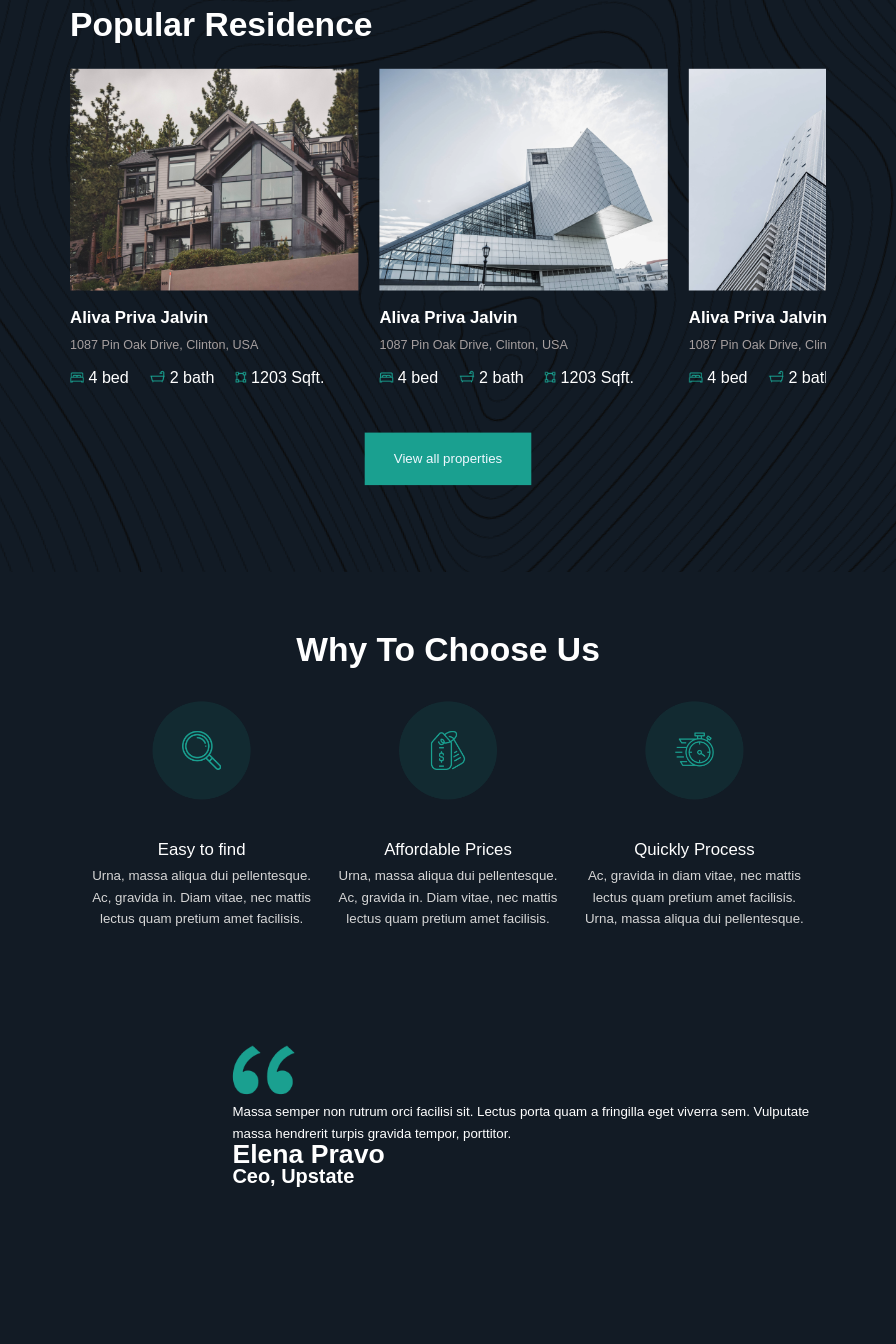
Repository: tung1233hhhhhhhhhhhhh/WebClone-Home
Page: index.html
The author's editor kept a copy of each file at every save. The page is drawn from the files as they stood at one save, then again after the next save.
The browser window is 1280 px wide. The pictures show the part of the page from y = 1250 to 3170 px (the page is 3170 px tall), at 70% of full size.

Above is the page before, as saved 2023-05-23 23:07:31.

### index.html
<!DOCTYPE html>
<html lang="en">

<head>
    <meta charset="UTF-8">
    <meta http-equiv="X-UA-Compatible" content="IE=edge">
    <meta name="viewport" content="width=device-width, initial-scale=1.0">
    <title>Document</title>
    <link rel="stylesheet" href="./assets/css/main.css">
    <link rel="stylesheet" href="./assets/css/root.css">
    <link rel="stylesheet" href="./assets/fonts/themify-icons/themify-icons.css">
</head>

<body>
    <div id="hearder">
        <div class="nav">
            <div class="nav-brand">
                <img src="./assets/img/logo.png" alt="">
            </div>
            <ul class="nav-list">
                <li><a href="">Home</a></li>
                <li><a href="">About Us</a></li>
                <li><a href="">Buying</a></li>
                <li><a href="">Renting</a> </li>
                <li><a href="">Selling</a> </li>
                <li><a href="">Contant Us</a> </li>
                <li><a href="">Pages
                        <i class="ti-angle-down"></i>
                    </a> </li>
                <li><button class="nav-btn-login">Login</button></li>
                <li><button class="nav-btn-signup">Sign Up</button></li>
            </ul>
        </div>
    </div>

    <!--billboard  -->

    <div id="billboard">
        <div class="container">
            <div class="main">
                <div class="billboard-text">
                    <h1>Perfect Way To Buy And Sell A Home</h1>
                    <p>Diam vitae, nec mattis lectus quam pretium amet facilisis. Urna, massa aliqua dui pellentesque.
                        Ac, gravida in eget non amet eget purus non.</p>
                    <div class="navbar-billboard">
                        <div class="container-billboard">

                            <div class="billboard-select">
                                <select name="" id="" class="form-select">
                                    <option value="">Purpose</option>
                                    <option value="">Buy</option>
                                    <option value="">Action</option>
                                    <option value="">Something else here</option>
                                </select>
                            </div>
                            <div class="billboard-select">
                                <select name="" id="" class="form-select">
                                    <option value="">Location</option>
                                    <option value="">Action</option>
                                    <option value="">Another action</option>
                                    <option value="">Something else here</option>
                                </select>
                            </div>
                            <div class="billboard-select">
                                <select name="" id="" class="form-select">
                                    <option value="">Action</option>
                                    <option value="">Another action</option>
                                    <option value="">Something else here</option>
                                    <option value="">Type</option>
                                </select>
                            </div>
                            <div class="billboard-btn">
                                <button class="btn-select">Search</button>
                            </div>
                        </div>
                    </div>
                </div>

                <div class="billboard-img"></div>

            </div>
        </div>
    </div>

    <!-- feature -->

    <div id="feature">
        <div class="container">
            <div class="feature-row">
                <h2>Featured In</h2>
            </div>
            <div class="feature-row row-logo">
                <div class="feature-logo">
                    <img src="./assets/img/logo1.png" alt="">
                </div>
                <div class="feature-logo">
                    <img src="./assets/img/logo2.png" alt="">
                </div>
                <div class="feature-logo">
                    <img src="./assets/img/logo3.png" alt="">
                </div>
                <div class="feature-logo">
                    <img src="./assets/img/logo4.png" alt="">
                </div>
                <div class="feature-logo">
                    <img src="./assets/img/logo6.png" alt="">
                </div>
            </div>
        </div>
    </div>

    <!-- residence -->

    <div id="residence">
        <div class="container">
            <h2 class="text-residence">Popular Residence</h2>
            <div class="btn-next"></div>
            <div class="btn-prev"></div>
            <div class="residence-content">
                <div class="wrapper-residence">
                    <div class="box-slide">
                        <div class="card">
                            <img src="./assets/img/katie-musial-Zf5zT1torbg-unsplash.png" alt="">
                            <div class="card-text">
                                <h5>Aliva Priva Jalvin</h5>
                                <p>1087 Pin Oak Drive, Clinton, USA</p>
                                <div class="card-logo">
                                    <ul>
                                        <li class="logo-list">
                                            <img src="./assets/img/bed.png" alt="">
                                            4 bed
                                        </li>
                                        <li class="logo-list">
                                            <img src="./assets/img/bath.png" alt="">
                                            2 bath
                                        </li>
                                        <li class="logo-list">
                                            <img src="./assets/img/square.png" alt="">
                                            1203 Sqft.
                                        </li>
                                    </ul>
                                </div>
                            </div>

                        </div>
                    </div>

                    <div class="box-slide">
                        <div class="card">
                            <img src="./assets/img/lance-anderson-QdAAasrZhdk-unsplash.png" alt="">
                            <div class="card-text">
                                <h5>Aliva Priva Jalvin</h5>
                                <p>1087 Pin Oak Drive, Clinton, USA</p>
                                <div class="card-logo">
                                    <ul>
                                        <li class="logo-list">
                                            <img src="./assets/img/bed.png" alt="">
                                            4 bed
                                        </li>
                                        <li class="logo-list">
                                            <img src="./assets/img/bath.png" alt="">
                                            2 bath
                                        </li>
                                        <li class="logo-list">
                                            <img src="./assets/img/square.png" alt="">
                                            1203 Sqft.
                                        </li>
                                    </ul>
                                </div>
                            </div>
                        </div>
                    </div>

                    <div class="box-slide">
                        <div class="card">
                            <img src="./assets/img/pexels-scott-webb-532569.png" alt="">
                            <div class="card-text">
                                <h5>Aliva Priva Jalvin</h5>
                                <p>1087 Pin Oak Drive, Clinton, USA</p>
                                <div class="card-logo">
                                    <ul>
                                        <li class="logo-list">
                                            <img src="./assets/img/bed.png" alt="">
                                            4 bed
                                        </li>
                                        <li class="logo-list">
                                            <img src="./assets/img/bath.png" alt="">
                                            2 bath
                                        </li>
                                        <li class="logo-list">
                                            <img src="./assets/img/square.png" alt="">
                                            1203 Sqft.
                                        </li>
                                    </ul>
                                </div>
                            </div>
                        </div>
                    </div>

                    <div class="box-slide">
                        <div class="card">
                            <img src="./assets/img/katie-musial-Zf5zT1torbg-unsplash.png" alt="">
                            <div class="card-text">
                                <h5>Aliva Priva Jalvin</h5>
                                <p>1087 Pin Oak Drive, Clinton, USA</p>
                                <div class="card-logo">
                                    <ul>
                                        <li class="logo-list">
                                            <img src="./assets/img/bed.png" alt="">
                                            4 bed
                                        </li>
                                        <li class="logo-list">
                                            <img src="./assets/img/bath.png" alt="">
                                            2 bath
                                        </li>
                                        <li class="logo-list">
                                            <img src="./assets/img/square.png" alt="">
                                            1203 Sqft.
                                        </li>
                                    </ul>
                                </div>
                            </div>

                        </div>
                    </div>

                    <div class="box-slide">
                        <div class="card">
                            <img src="./assets/img/lance-anderson-QdAAasrZhdk-unsplash.png" alt="">
                            <div class="card-text">
                                <h5>Aliva Priva Jalvin</h5>
                                <p>1087 Pin Oak Drive, Clinton, USA</p>
                                <div class="card-logo">
                                    <ul>
                                        <li class="logo-list">
                                            <img src="./assets/img/bed.png" alt="">
                                            4 bed
                                        </li>
                                        <li class="logo-list">
                                            <img src="./assets/img/bath.png" alt="">
                                            2 bath
                                        </li>
                                        <li class="logo-list">
                                            <img src="./assets/img/square.png" alt="">
                                            1203 Sqft.
                                        </li>
                                    </ul>
                                </div>
                            </div>
                        </div>
                    </div>

                    <div class="box-slide">
                        <div class="card">
                            <img src="./assets/img/pexels-scott-webb-532569.png" alt="">
                            <div class="card-text">
                                <h5>Aliva Priva Jalvin</h5>
                                <p>1087 Pin Oak Drive, Clinton, USA</p>
                                <div class="card-logo">
                                    <ul>
                                        <li class="logo-list">
                                            <img src="./assets/img/bed.png" alt="">
                                            4 bed
                                        </li>
                                        <li class="logo-list">
                                            <img src="./assets/img/bath.png" alt="">
                                            2 bath
                                        </li>
                                        <li class="logo-list">
                                            <img src="./assets/img/square.png" alt="">
                                            1203 Sqft.
                                        </li>
                                    </ul>
                                </div>
                            </div>
                        </div>
                    </div>


                </div>
            </div>
            <div class="residence-btn">
                <button>View all properties</button>
            </div>
        </div>
    </div>

    <!-- about-us -->

    <div id="about-us">
        <div class="container">
            <div class="main">
                <h2>Why To Choose Us</h2>
                <div class="about-content">
                    <div class="about-box">
                        <img src="./assets/img/search.png" alt="">
                        <h4>Easy to find</h4>
                        <p>Urna, massa aliqua dui pellentesque. Ac, gravida in. Diam vitae, nec mattis lectus quam
                            pretium amet facilisis.</p>
                    </div>
                    <div class="about-box">
                        <img src="./assets/img/price.png" alt="">
                        <h4>Affordable Prices</h4>
                        <p>Urna, massa aliqua dui pellentesque. Ac, gravida in. Diam vitae, nec mattis lectus quam
                            pretium amet facilisis.</p>
                    </div>
                    <div class="about-box">
                        <img src="./assets/img/time.png" alt="">
                        <h4>Quickly Process</h4>
                        <p>Ac, gravida in diam vitae, nec mattis lectus quam pretium amet facilisis. Urna, massa aliqua
                            dui pellentesque.
                    </div>
                </div>
            </div>
        </div>
    </div>

    <!-- testimonial -->

    <div id="testimonial">
        <div class="container">
            <div class="testimonial-main">
                <div class="testimonial-wrapper">
                    <div class="slide-list">
                        <div class="slide-content">
                            <div class="slide-box">
                                <img src="./assets/img/quote.png" alt="">
                                <P>Massa semper non rutrum orci facilisi sit. Lectus porta quam a fringilla
                                    eget viverra sem. Vulputate massa hendrerit turpis gravida tempor, porttitor.</P>
                                <h1>Elena Pravo</h1>
                                <h2>Ceo, Upstate</h2>
                            </div>
                        </div>
                    </div>
                    <div class="slide-list"></div>
                    <div class="slide-list"></div>
                </div>
                <div class="testimonial-btn">

                </div>
            </div>
        </div>
    </div>

</body>

</html>

### assets/css/main.css
* {
    margin: 0;
    padding: 0;
    box-sizing: border-box;
}



body {
    font-family: 'Work Sans', sans-serif;
    font-weight: 400;
    font-size: 19px;
    line-height: 1.6em;
    color: var(--body-text-color);
    background-color: var(--dark-color);
}


#hearder {
    width: 100%;
    height: 73px;
    padding: 8px 0;
}

#hearder .nav {
    max-width: 1536px;
    height: 73px;
    margin: 0 100px;
    display: flex;
    justify-content: space-between;
    align-items: center;
    z-index: 10;
}

#hearder .nav-brand {
    display: inline;
}

#hearder .nav-list {
    display: flex;
    flex-direction: row;
    width: 965px;
    justify-content: space-between;
}

#hearder .nav-list li {
    display: flex;
    flex-direction: row;
    list-style: none;
    padding: 8px;
    margin-right: 24px;
}

#hearder li a {
    text-decoration: none;
    font-size: 16px;
    color: aliceblue;
}

#hearder .nav-list button {
    width: 96px;
    height: 40px;
    padding: 12px 6px;
    margin-right: -32px;
}

/* billboard */

#billboard {
    width: 100%;
    height: 586px;
    margin-top: 120px;
    margin-bottom: 80px;
}

#billboard .container {
    height: 100%;
    margin: 0 100px;
}

#billboard .main {
    display: flex;
    flex-direction: row;
    justify-content: space-between;
    align-items: center;
}

#billboard .main .billboard-text {
    width: 50%;
}

#billboard .billboard-text h1 {
    text-transform: capitalize !important;
    line-height: 1;
    margin-bottom: 1rem;
    font-size: 72px;
}

#billboard .billboard-text p {
    font-size: 22px;
    font-weight: 300;
    font-family: 'Work Sans', sans-serif;
    color: var(--light-text-color);
    margin-bottom: 1rem;
}

#billboard .navbar-billboard {
    display: flex;
    justify-content: space-between;
    padding: 0;
    background: #fff;
}

#billboard .navbar-billboard .container-billboard {
    display: flex;
    flex-wrap: inherit;
    align-items: center;
    justify-content: space-between;
    width: 860px;
    height: 87px;
    z-index: 1;
}

.navbar-billboard .form-select {
    border: none;
    width: 100%;
    padding: 0 10px;
    font-size: 1rem;
    font-weight: 400;
}

.navbar-billboard .billboard-select,
.billboard-btn {
    height: 100%;
    border-right: 1px solid #ccc;
    line-height: 87px;
    width: 200px;
}

.navbar-billboard .billboard-btn {
    height: 100%;
    background-color: #fff;
}

.navbar-billboard .billboard-btn .btn-select {
    border: none;
    width: 94%;
    height: 89%;
    background-color: var(--accent-color);
    margin-left: 6px;
    transform: translateY(-2px);
}

#billboard .main .billboard-img {
    background: url("/assets/img/pexels-binyamin-mellish-106399\ 2.png") center / cover no-repeat;

    width: 636px;
    height: 580px;
}

/* feature */

#feature {
    height: 267px;

}

#feature .container {
    padding-top: 3rem !important;
    padding-bottom: 3rem !important;
    display: flex;
    flex-direction: column;
    margin-left: 100px;
    margin-right: 100px;
    height: 100%;
}

#feature .container .row-logo {
    display: flex;
    flex-direction: row;
    justify-content: space-between;

}

#feature .feature-row h2 {
    font-family: 'Work Sans', sans-serif;
    font-weight: 600;
    color: var(--body-text-color);
    font-size: 48px;
    margin-bottom: 48px;
}

/* residence */

#residence {
    width: 100%;
    height: 893px;
    background: url("/assets/img/residence.png") center / cover no-repeat;
    position: relative;
}

#residence .container {
    padding-top: 3rem !important;
    padding-bottom: 3rem !important;
    margin-top: 3rem !important;
    margin-bottom: 3rem !important;
    margin-left: 100px;
    margin-right: 100px;
    overflow: hidden;
    position: relative;

}

#residence .container .text-residence {
    padding-top: 3rem !important;
    padding-bottom: 3rem !important;
    text-transform: capitalize;
    font-size: 48px;
    font-family: 'Work Sans', sans-serif;
    font-weight: 600;
    color: var(--body-text-color);
}

#residence .wrapper-residence {
    width: 100%;
    height: 472px;
    display: flex;
    position: relative;
    z-index: 1;
    margin: 0 auto;
    overflow: hidden;
}

.wrapper-residence .box-slide {
    width: 412px;
    margin-right: 30px;
    height: 100%;
    flex-shrink: 0;
}

.wrapper-residence .card>img {
    width: 412px;
    background-size: cover;
    background-position: center;
}

.wrapper-residence .card .card-text {
    width: 100%;
    height: 156px;
    margin-top: -9px;
}

.card-text h5 {
    font-size: 24px;
    padding-top: 1.5rem;
    font-weight: 600;
    margin-bottom: 8px;
}

.card-text p {
    color: var(--light-text-color);
    font-size: 18px;
    margin-top: 0;
    margin-bottom: 1rem;
}

.card-text .card-logo ul {
    display: flex;
    width: 100%;
    margin-bottom: 1rem;
    height: 30.4px;

}

.card-text .card-logo .logo-list {
    display: inline-block;
    padding-right: 20px;
    list-style: none;
    margin-right: 10px;
    font-size: 23px;
}

.residence-btn {
    display: flex;
    justify-content: center;
    margin: 48px 0;
}

.residence-btn button {
    padding: 22px 42px;
    font-family: 'Work Sans', sans-serif;
    font-size: 19px;
    line-height: 1.6em;
    background-color: var(--accent-color);
    color: aliceblue;
    border: none;
}

/* about-us */

#about-us {
    height: 581px;
    width: 100%;
}

#about-us .container {
    height: 100%;
    padding: 0 12px;
    margin: 0 100px;
}

#about-us .container .main {
    display: flex;
    height: 100%;
    padding-top: 3rem !important;
    padding-bottom: 3rem !important;
    flex-direction: column;
}

#about-us .main>h2 {
    height: 153px;
    font-size: 48px;
    padding: 48px 12px;
    text-transform: capitalize;
    text-align: center;
    margin: 0 auto;
}

#about-us .main .about-content {
    display: flex;
    flex-direction: row;
    height: 100%;
}


#about-us .about-content .about-box {
    padding: 0 12px;
    text-align: center !important;
    width: 33.333%;
}

.about-content .about-box>img {
    width: 140px;
    height: 140px;
}

.about-content .about-box>h4 {
    font-weight: 400;
    font-size: 1.5rem;
    line-height: 1.2;
    margin-top: 48px;
    margin-bottom: 8px;
}

.about-content .about-box>p {
    font-family: 'Work Sans', sans-serif;
    color: #D6D6D6;
    font-size: 19px;
    margin-top: 0;
    margin-bottom: 1rem;
}

/* testimonial */

#testimonial {
    width: 100%;
    height: 522px;
}

#testimonial .container {
    height: 100%;
    padding: 0 12px;
    margin: 0 100px;
}

#testimonial .container .testimonial-main {
    width: 100%;
    height: 522px;
    overflow: hidden;
    position: relative;
}

.testimonial-main .testimonial-wrapper {
    position: relative;
    width: 100%;
    height: 100%;
    z-index: 1;
    display: flex;
}

.testimonial-main .slide-list {
    width: 1296px;
    margin-right: 30px;
    flex-shrink: 0;
    position: relative;
    transition-property: transform;
    display: block;
}

.testimonial-main .slide-list .slide-content {
    padding: 48px 0;
    width: 100%;
    height: 426px;
    margin: 48px -12px;
}

.testimonial-main .slide-content .slide-box {
    padding: 0 12px;
    margin: 0 220px;
    height: 100%;
}

### assets/css/root.css
:root {
    --accent-color: #1AA090;
    --dark-color: #121B25;
    --grey-color: #83898F;
    --body-text-color: #FFFFFF;
    --light-text-color: #a69f9f;
    --link-color: #092035;
}

Loaded but not shown: assets/fonts/themify-icons/themify-icons.css (common file)

After the next save:
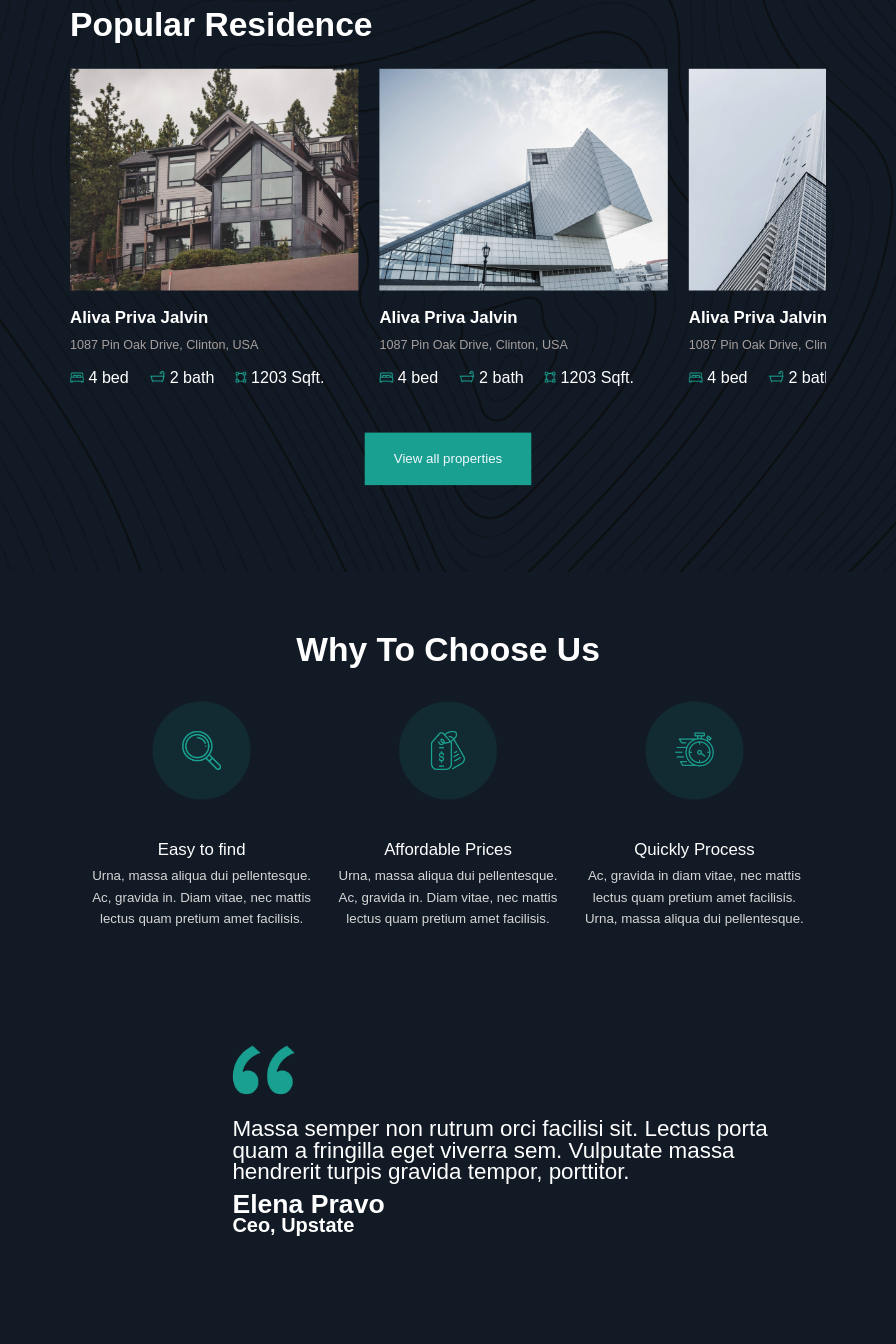
Saved 119 s later.
--- a/assets/css/main.css
+++ b/assets/css/main.css
@@ -409,3 +409,10 @@ body {
     margin: 0 220px;
     height: 100%;
 }
+
+.slide-content .slide-box>p {
+    font-size: 32px;
+    color: var(--body-text-color);
+    margin-top: 24px;
+    margin-bottom: 16px;
+}
